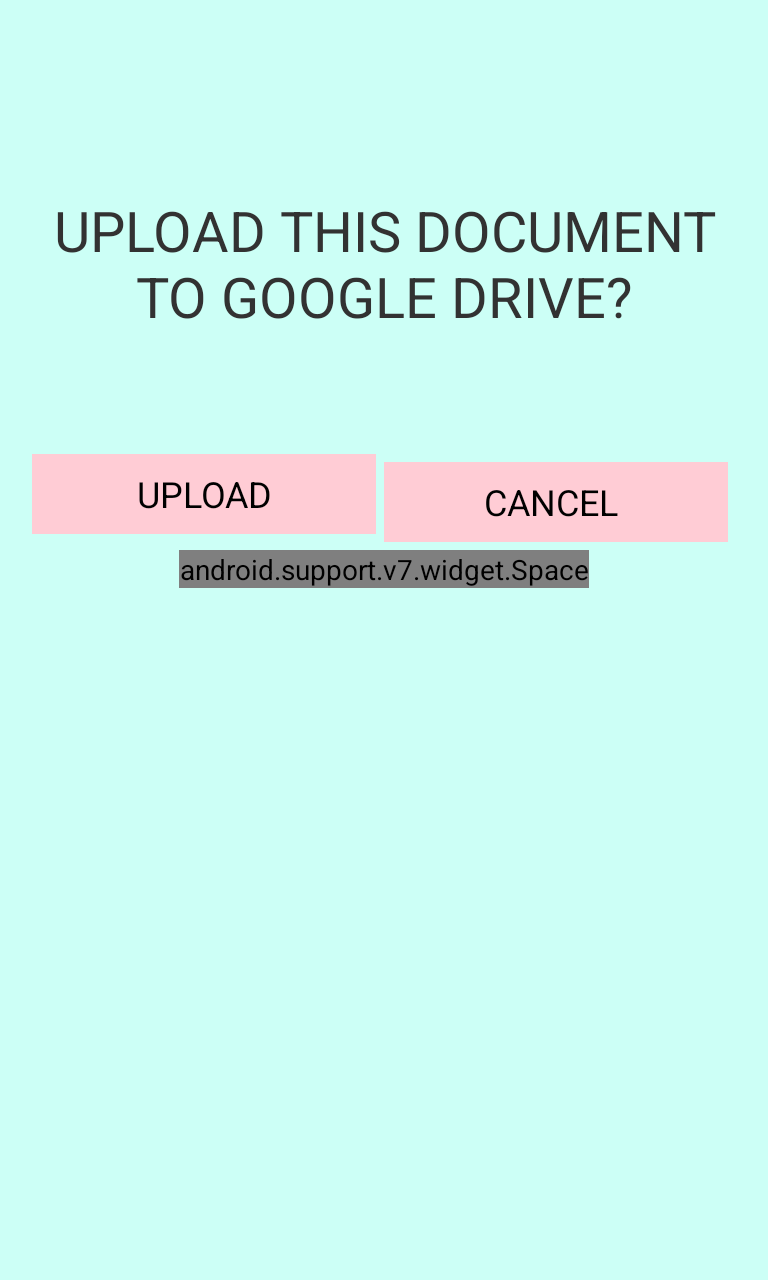
Repository: nick11roberts/Moka-Scanr
Layout: Document Uploader/res/layout/activity_preview.xml
These files come from the project's save history. The layout is drawn as it stood at one moment and after the next save; the edit follows.
Pictures or frames that could not be fetched are drawn as grey boxes. It is drawn on a 768 x 1280 px phone screen (xhdpi) without system bars, with theme android:Theme.Holo.Light.NoActionBar; the app's code is not run. The app's manifest (not shown) leaves right-to-left support off. So textAlignment, textDirection and layoutDirection are ignored, and left and right values win over start and end ones.

Above is the layout before, as saved 2014-05-31 00:54:00.

### Document Uploader/res/layout/activity_preview.xml
<LinearLayout xmlns:android="http://schemas.android.com/apk/res/android"
    xmlns:tools="http://schemas.android.com/tools"
    android:layout_width="match_parent"
    android:layout_height="match_parent"
    android:background="@color/bg_color"
    android:baselineAligned="true"
    android:gravity="center_horizontal"
    android:orientation="vertical"
    android:paddingBottom="@dimen/activity_vertical_margin"
    android:paddingLeft="@dimen/activity_horizontal_margin"
    android:paddingRight="@dimen/activity_horizontal_margin"
    android:paddingTop="@dimen/activity_vertical_margin"
    tools:context=".MainActivity" >

    <TextView
        android:layout_width="wrap_content"
        android:layout_height="wrap_content"
        android:paddingBottom="60dp"
        android:paddingTop="80dp"
        android:text="@string/preview_heading"
        android:textAlignment="center"
        android:gravity="center"
        android:textAllCaps="true"
        android:textSize="28sp" />

    <TableRow
        android:id="@+id/tableRow1"
        android:layout_width="fill_parent"
        android:layout_height="wrap_content"
        android:shrinkColumns="*"
		android:stretchColumns="*"  >

        <Button
            android:id="@+id/uploadButton"
            android:layout_width="120dp"
            android:layout_height="40dp"
            android:background="@color/button_color"
            android:gravity="center_vertical|center_horizontal"
            android:paddingLeft="5dp"
            android:paddingRight="5dp"
            android:text="@string/preview_button_upload"
            android:textAlignment="center"
            android:layout_weight=".25" />

        <Button
            android:id="@+id/cancelButton"
            android:layout_width="120dp"
            android:layout_height="40dp"
            android:layout_weight=".25"
            android:background="@color/button_color"
            android:paddingRight="5dp"
            android:text="@string/preview_button_cancel"
            android:textAlignment="center"
            android:layout_margin="4dip"/>

    </TableRow>

    <android.support.v7.widget.Space
        android:id="@+id/space1"
        android:layout_width="wrap_content"
        android:layout_height="wrap_content" />

</LinearLayout>

### Document Uploader/res/values/colors.xml
<?xml version="1.0" encoding="utf-8"?>
<resources>
   <color name="button_color">#FFCCD5</color>
   <color name="bg_color">#CCFFF6</color>
   <color name="border_color">#000000</color>
</resources>

### Document Uploader/res/values/strings.xml
<?xml version="1.0" encoding="utf-8"?>
<resources>

    <string name="app_name">PDF-Drive</string>
    <string name="action_settings">Settings</string>

    <!-- MAIN ACTIVITY -->
    <string name="main_heading">Upload a new PDF?</string>
    <string name="main_button_upload">BEGIN</string>

    <!-- OPTIONS ACTIVITY -->
    <string name="options_heading">Upload options</string>
    <string name="options_pages">Number of pages?</string>
    <string name="options_title">Title?</string>
    <string name="options_folder">Folder? (optional)</string>
    <string name="options_button_go">CONTINUE</string>

    <!-- PREVIEW ACTIVITY -->
    <string name="preview_heading">Upload this document to Google Drive?</string>
    <string name="preview_button_upload">UPLOAD</string>
    <string name="preview_button_cancel">CANCEL</string>

</resources>

Loaded but not shown: Document Uploader/res/values/dimens.xml (common file); Document Uploader/res/values-w820dp/dimens.xml (common file)

After the next save:
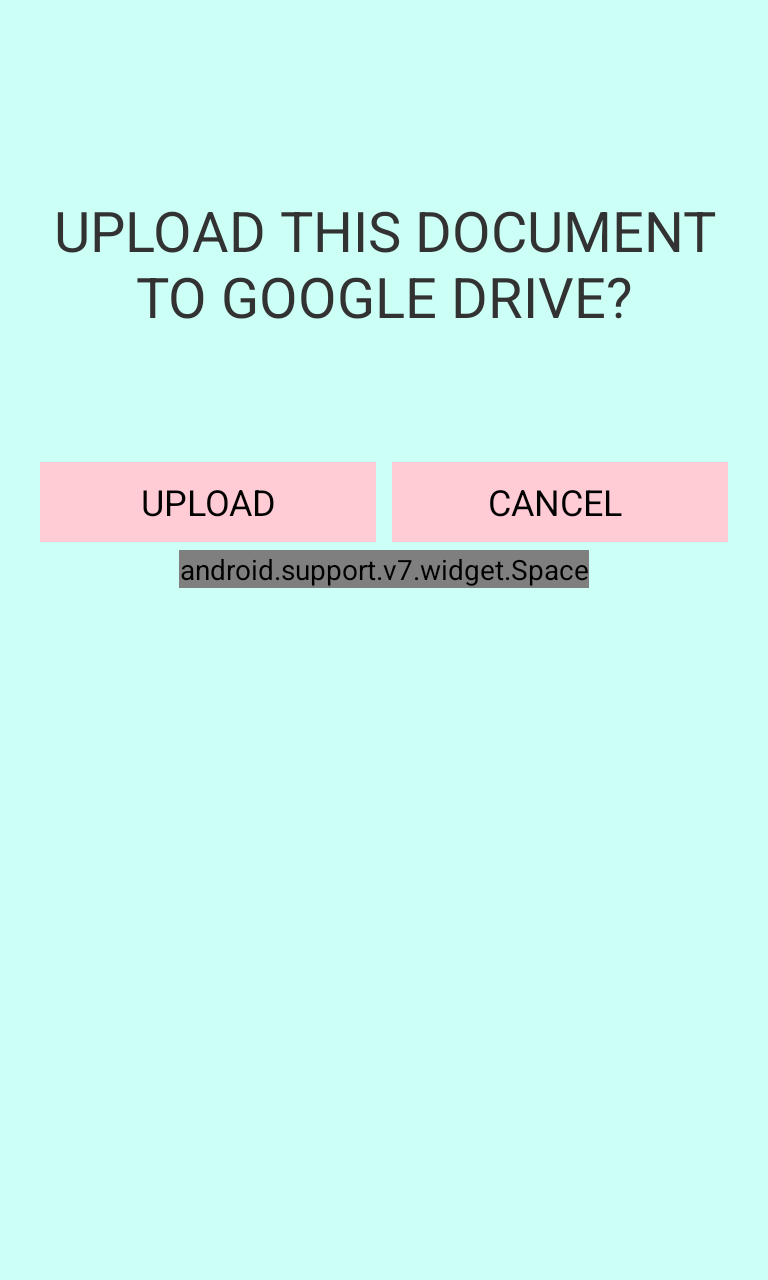
Saved 7 s later.
--- a/Document Uploader/res/layout/activity_preview.xml
+++ b/Document Uploader/res/layout/activity_preview.xml
@@ -40,7 +40,8 @@
             android:paddingRight="5dp"
             android:text="@string/preview_button_upload"
             android:textAlignment="center"
-            android:layout_weight=".25" />
+            android:layout_weight=".25"
+            android:layout_margin="4dip" />
 
         <Button
             android:id="@+id/cancelButton"
